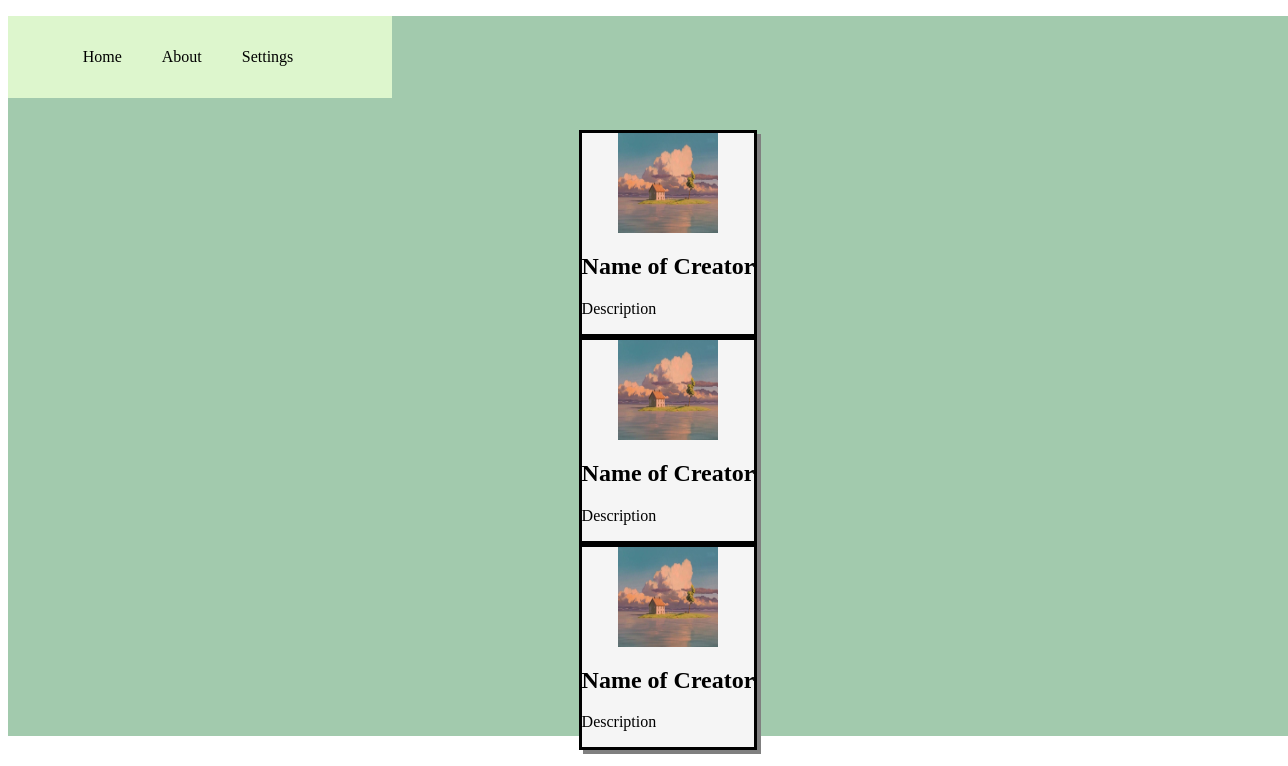
Repository: k8ANStar/Questify
Page: /About
These files come from the project's save history. The page is drawn as it stood at one moment and after the next save; the edit follows.
The browser window is 1280 px wide. The page is 1288 px wide, so the pictures cover 1288 px, including what lies to the right of the window. The pictures show the whole page.
The project was rebuilt for these pictures with package versions that can differ from the ones it lists, and the page was loaded fresh each time. The framework's server and built-in components were replaced by stand-ins that run in the browser. Also part of the build but not shown: next.config.mjs.

Above is the page before, as saved 2024-03-24 22:18:36.

### pages/About.js
import Card from "@/components/Card";
import Header from "@/components/Header";
import styles from "@/styles/About.module.css/";

export default function About() {
	return (
		<div className={styles.aboutPage}>
			<Header />
			<div className={styles.cardList}>
				<ul className={styles.list}>
					<li>
						<Card />
					</li>
					<li>
						<Card />
					</li>
					<li>
						<Card />
					</li>
				</ul>
			</div>
		</div>
	);
}

### components/Card/index.js
import styles from "./Card.module.css";
import Image from "next/image";

export default function Card() {
	return (
		<div>
			<section className={styles.cardContainer}>
				<Image
					className={styles.image}
					src="/images/image1.jpeg"
					width={100}
					height={100}
				/>
				<div className={styles.cardContents}>
					<h2>Name of Creator</h2>
					<p>Description</p>
				</div>
			</section>
		</div>
	);
}

### components/Header/index.js
import styles from "./Header.module.css";
import Link from "next/link";
export default function Header() {
	return (
		<>
			<ul className={styles.nav}>
				<li>
					<Link href={"/"} className={styles.home}>
						Home
					</Link>
				</li>
				<li>
					<Link href={"/About"} className={styles.about}>
						About
					</Link>
				</li>
				<li>
					<Link href={"/Settings"} className={styles.settings}>
						Settings
					</Link>
				</li>
			</ul>
		</>
	);
}

### styles/About.module.css
.cardList {
	justify-content: space-evenly;
	display: flex;
	list-style-type: none;
}

.list {
	list-style-type: none;
}

.aboutPage {
	background-color: rgb(162, 202, 173);
	width: 100vw;
	height: 100vh;
}

### components/Card/Card.module.css
.cardContainer {
	border: 3px solid black;
	display: flex;
	align-items: center;
	text-decoration: none;
	box-shadow: 4px 4px gray;
	background-color: whitesmoke;
}
.image {
	display: flex;
	flex-grow: inherit;
}
.cardContainer {
	display: flex;
	flex-direction: column;
}

### components/Header/Header.module.css
.nav {
	display: flex;
	list-style-type: none;
	text-decoration: none;
	padding: 2rem;
	width: 20rem;
	background-color: rgb(221, 246, 205);
    justify-content: center;
}

.home,
.about,
.settings {
	text-decoration: none;
	color: var(--black);
	margin-right: 2rem;
	margin-left: 0.5rem;
	white-space: nowrap;
}

Loaded but not shown: pages/_app.js (common file); pages/_document.js (common file); styles/globals.css (common file)

After the next save:
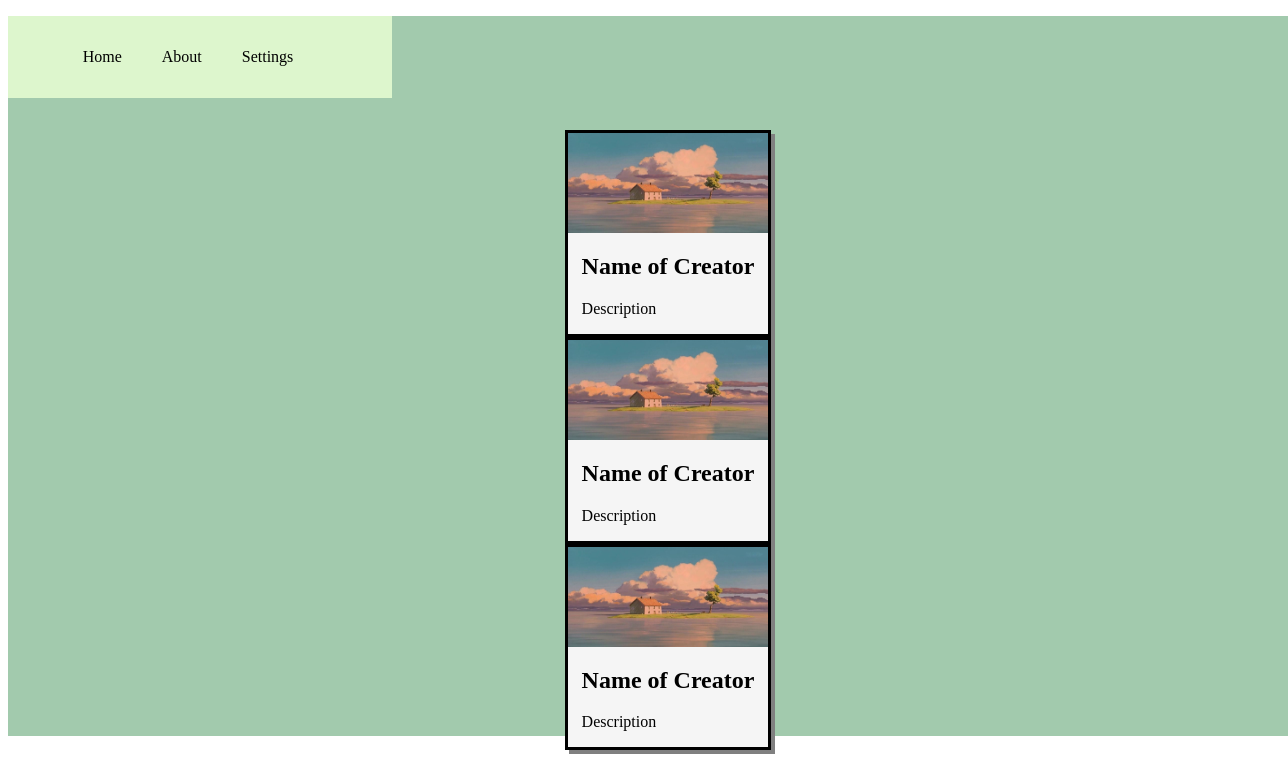
Saved 7 s later.
--- a/components/Card/index.js
+++ b/components/Card/index.js
@@ -8,7 +8,7 @@ export default function Card() {
 				<Image
 					className={styles.image}
 					src="/images/image1.jpeg"
-					width={100}
+					width={200}
 					height={100}
 				/>
 				<div className={styles.cardContents}>
